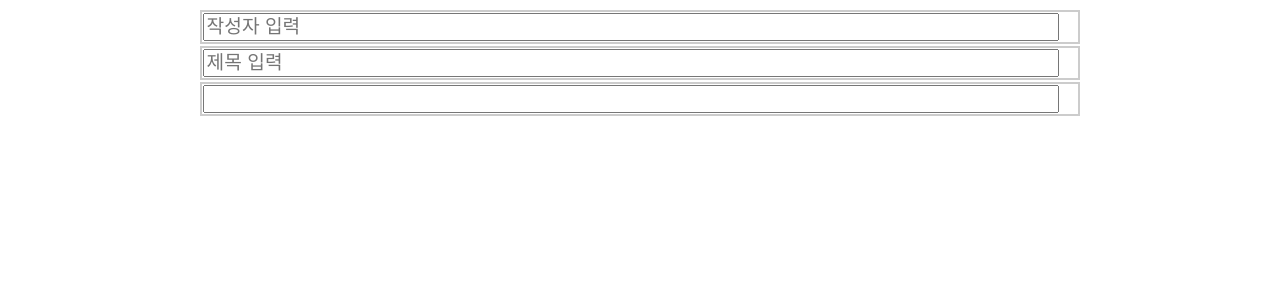
Repository: gudbrwkd98/JavaEE-JSP
Page: http://localhost/BoardApp/news/regist_form.jsp
The author's editor kept a copy of each file at every save. The page is drawn from the files as they stood at one save, then again after the next save.
The browser window is 1280 px wide. The pictures show the whole page.
The page is served by Tomcat 9.

Above is the page before, as saved 2020-12-09 02:11:58.

After the next save:
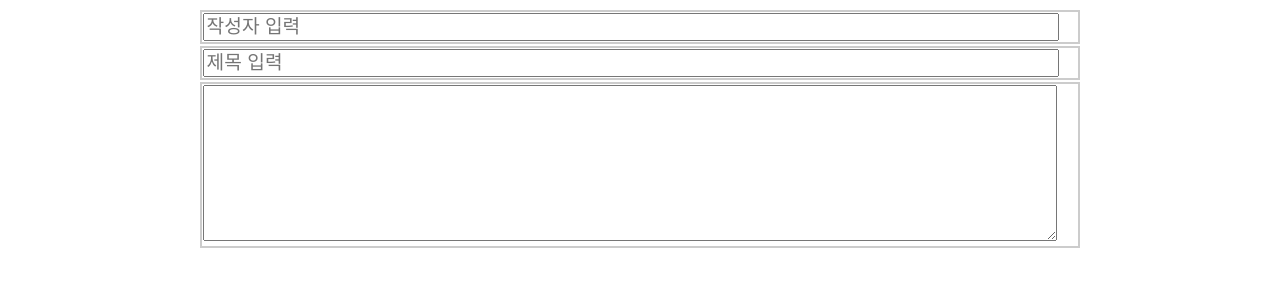
Saved 10 s later.
--- a/BoardApp/WebContent/news/regist_form.jsp
+++ b/BoardApp/WebContent/news/regist_form.jsp
@@ -34,7 +34,7 @@ textarea{
 			<td><input type="text" placeholder="제목 입력"></td>
 		</tr>
 		<tr>
-			<td><input type="area"></td>
+			<td><textarea></textarea></td>
 		</tr>
 	</table>
 </body>
